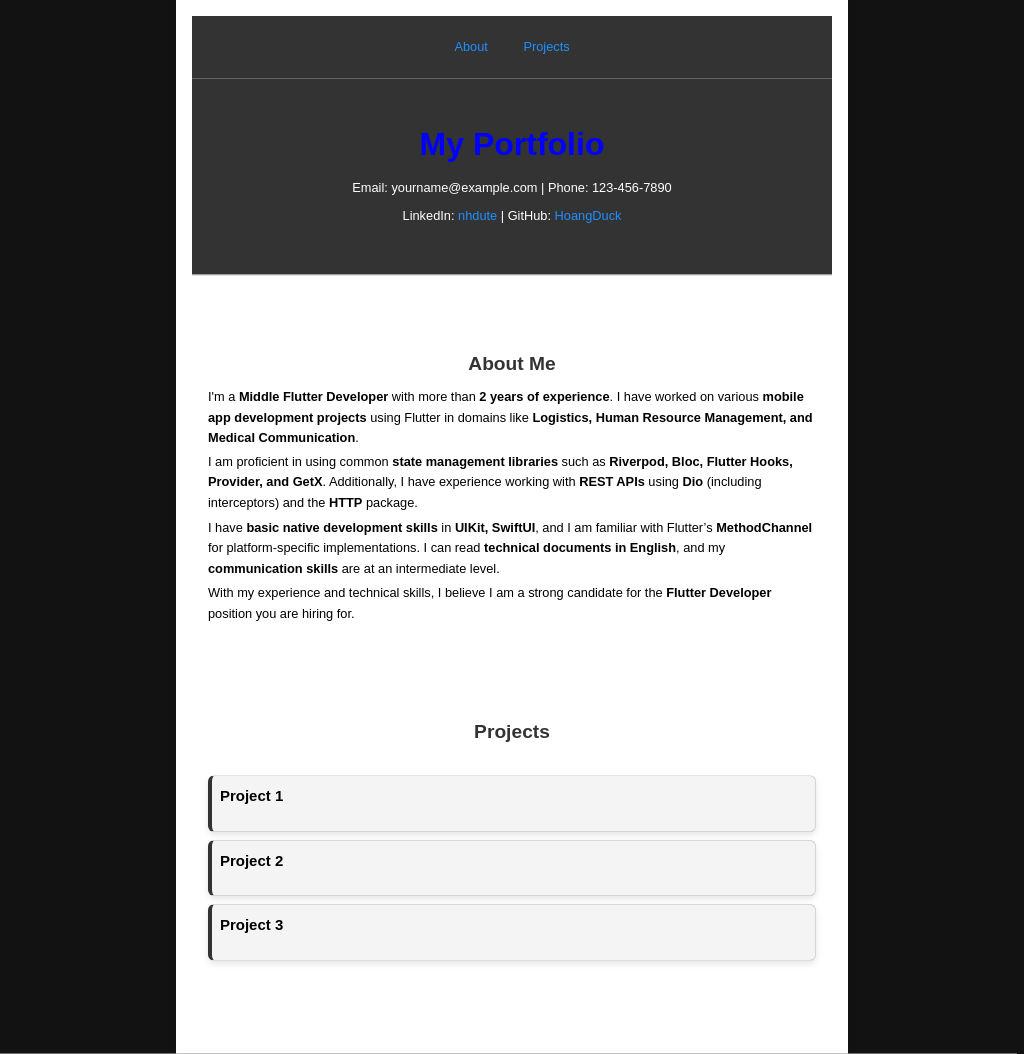
Repository: HoangDuck/portfolio
Page: index.html
The author's editor kept a copy of each file at every save. The page is drawn from the files as they stood at one save, then again after the next save.
The browser window is 1280 px wide. The pictures show the whole page, at 80% of full size.

Above is the page before, as saved 2025-03-09 22:22:21.

### index.html
<!DOCTYPE html>
<html lang="en">
<head>
    <meta charset="UTF-8">
    <meta name="viewport" content="width=device-width, initial-scale=1.0">
    <title>My Portfolio</title>
    <link rel="stylesheet" href="style.css">
</head>
<body>
    <div class="portfolio-container">
        <nav>
            <ul>
                <li><a href="#about">About</a></li>
                <li><a href="#projects">Projects</a></li>
            </ul>
        </nav>
        <header>
            <h1 style="color: blue;">My Portfolio</h1>
            <p id="contact-info">Email: yourname@example.com | Phone: 123-456-7890</p>
            <p id="social-media">
                LinkedIn: <a href="https://www.linkedin.com/in/nhdute/">nhdute</a> |
                GitHub: <a href="https://github.com/HoangDuck">HoangDuck</a>
            </p>
        </header>
        <section id="about">
            <h2>About Me</h2>
            <p style="color: black;">I'm a <strong>Middle Flutter Developer</strong> with more than <strong>2 years of experience</strong>. I have worked on various <strong>mobile app development projects</strong> using Flutter in domains like <strong>Logistics, Human Resource Management, and Medical Communication</strong>.</p>
            <p style="color: black;">I am proficient in using common <strong>state management libraries</strong> such as <strong>Riverpod, Bloc, Flutter Hooks, Provider, and GetX</strong>. Additionally, I have experience working with <strong>REST APIs</strong> using <strong>Dio</strong> (including interceptors) and the <strong>HTTP</strong> package.</p>
            <p style="color: black;">I have <strong>basic native development skills</strong> in <strong>UIKit, SwiftUI</strong>, and I am familiar with Flutter’s <strong>MethodChannel</strong> for platform-specific implementations. I can read <strong>technical documents in English</strong>, and my <strong>communication skills</strong> are at an intermediate level.</p>
            <p style="color: black;">With my experience and technical skills, I believe I am a strong candidate for the <strong>Flutter Developer</strong> position you are hiring for.</p>
        </section>
        <section id="projects" class="projects">
            <h2>Projects</h2>
            <div class="projects-container">
                <ul id="project-list">
                    <li class="project-item">
                        <h3 style="color: black;">Project 1</h3>
                    </li>
                    <li class="project-item">
                        <h3 style="color: black;">Project 2</h3>
                    </li>
                    <li class="project-item">
                        <h3 style="color: black;">Project 3</h3>
                    </li>
                </ul>
            </div>
        </section>
        <!-- Removed the contact section -->
    </div>
    <script src="script.js"></script>
</body>
</html>

### style.css
body {
    font-family: Arial, sans-serif;
    line-height: 1.6;
    background-color: #121212;
    color: #ffffff;
    margin: 0;
    padding: 0;
}

.portfolio-container {
    width: 80%;
    margin: auto;
    overflow: hidden;
    background: white;
    padding: 20px;
    box-shadow: 0 0 10px rgba(0, 0, 0, 0.1);
    max-width: 800px;
    margin: 0 auto;
    padding: 20px;
}

nav {
    background: #333;
    color: #fff;
    padding: 10px 0;
    text-align: center;
}

nav ul {
    list-style: none;
    padding: 0;
    list-style-type: none;
    padding: 0;
}

nav ul li {
    display: inline;
    margin: 0 20px;
    display: inline;
    margin-right: 20px;
}

nav ul li a {
    color: #1e90ff; /* Primary blue color */
    text-decoration: none;
    color: #1e90ff; /* Primary blue color */
}

header {
    text-align: center;
    padding: 50px 0;
    background: #333;
    color: #fff;
    border-bottom: 2px solid #e4e4e4;
    margin-bottom: 20px;
    text-align: center;
    margin-bottom: 50px;
}

header h1 {
    margin: 0;
    font-size: 2.5em;
    color: #1e90ff; /* Primary blue color */
}

header p {
    margin: 10px 0;
}

h2 {
    font-size: 1.5em;
    margin-bottom: 10px;
    color: #555;
}

p {
    margin: 5px 0;
}

ul {
    list-style: none;
    padding: 0;
}

ul li {
    margin-bottom: 10px;
}

a {
    color: #1e90ff; /* Primary blue color */
    text-decoration: none;
}

a:hover {
    text-decoration: underline;
}

section {
    margin-bottom: 20px;
    margin-bottom: 50px;
}

.projects {
    background: #fff;
    padding: 20px;
    margin-top: 20px;
}

.projects h2 {
    text-align: center;
    color: #333;
}

#project-list {
    list-style: none;
    padding: 0;
}

#project-list li {
    background: #f4f4f4;
    margin: 10px 0;
    padding: 10px;
    border-left: 5px solid #333;
    margin-bottom: 10px;
}

#project-list li a {
    text-decoration: none;
    color: #1e90ff; /* Primary blue color */
}

#about, #contact {
    background: #fff;
    padding: 20px;
    margin-top: 20px;
}

#about h2, #contact h2 {
    text-align: center;
    color: #333;
}

.projects-container {
    display: flex;
    flex-direction: column;
}

.project-item {
    background-color: #f9f9f9;
    border: 1px solid #ccc;
    border-radius: 8px;
    padding: 10px;
    width: 100%;
    box-sizing: border-box;
    margin-bottom: 10px;
    box-shadow: 0 4px 8px rgba(0, 0, 0, 0.1);
    transition: transform 0.3s;
}

.project-item:hover {
    transform: translateY(-10px);
}

.project-item h3 {
    margin-top: 0;
}

.project-item p {
    color: #666;
}

.project-item a {
    color: #007bff;
    text-decoration: none;
}

.project-item a:hover {
    text-decoration: underline;
}

### script.js
document.addEventListener('DOMContentLoaded', () => {
    console.log('Portfolio loaded successfully!');
});

After the next save:
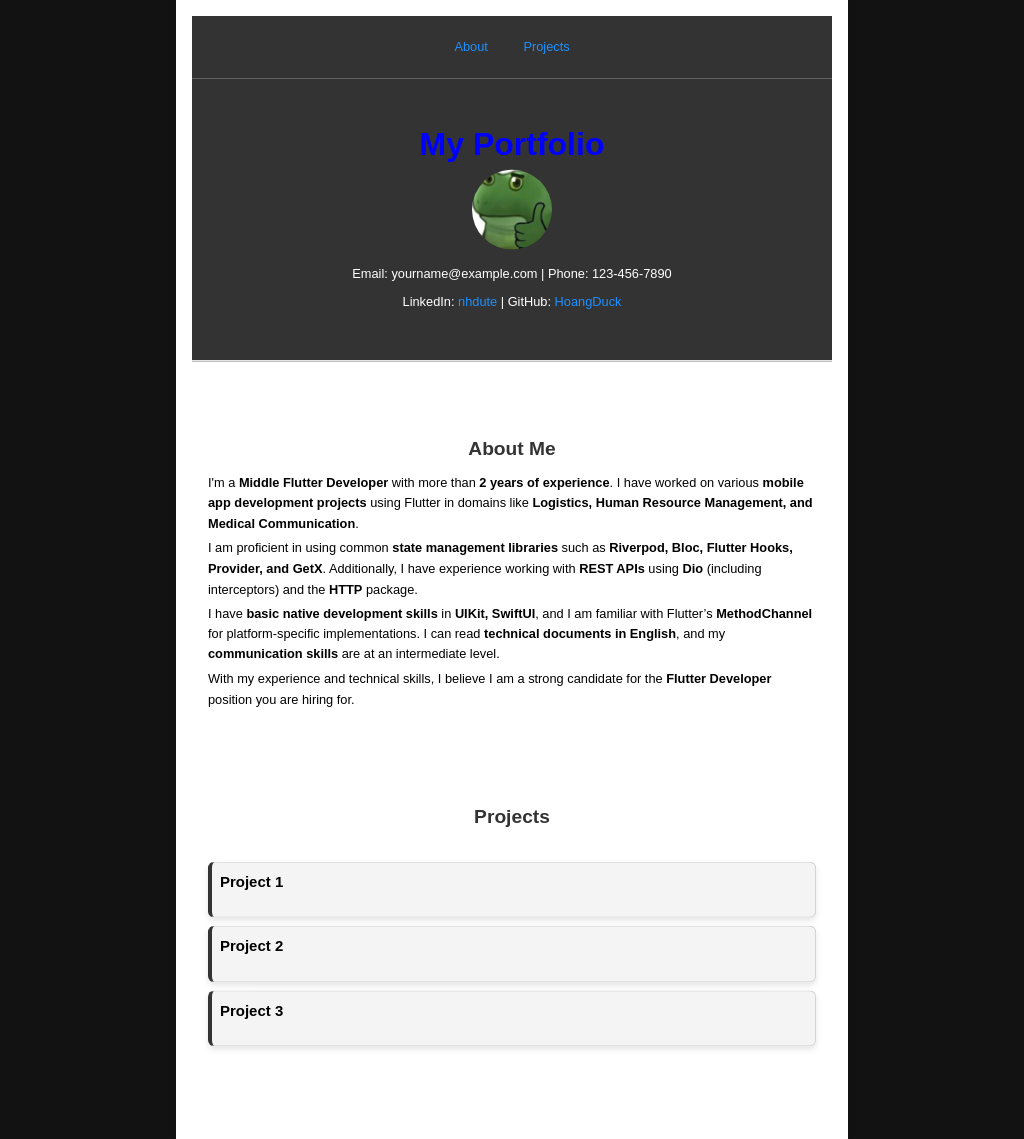
Saved 25 s later.
--- a/index.html
+++ b/index.html
@@ -16,6 +16,7 @@
         </nav>
         <header>
             <h1 style="color: blue;">My Portfolio</h1>
+            <img src="avatar.jpg" alt="Avatar" style="width:100px;height:100px;border-radius:50%;">
             <p id="contact-info">Email: yourname@example.com | Phone: 123-456-7890</p>
             <p id="social-media">
                 LinkedIn: <a href="https://www.linkedin.com/in/nhdute/">nhdute</a> |
